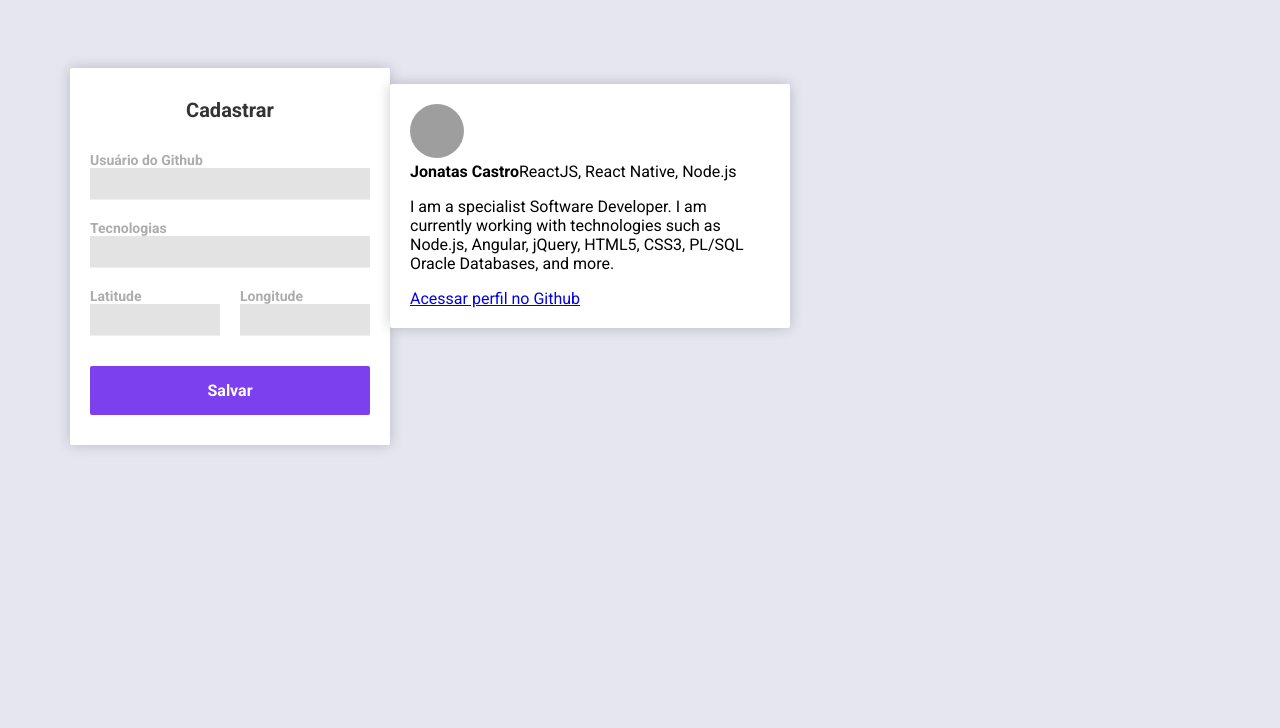
Repository: Jonatas-Castro/react_frontend
Page: /
These files come from the project's save history. The page is drawn as it stood at one moment and after the next save; the edit follows.
The browser window is 1280 px wide. The pictures show the whole page.
Pictures or frames that could not be fetched are drawn as grey boxes. The project was rebuilt for these pictures with package versions that can differ from the ones it lists, and the page was loaded fresh each time.

Above is the page before, as saved 2020-01-16 15:55:54.

After the next save:
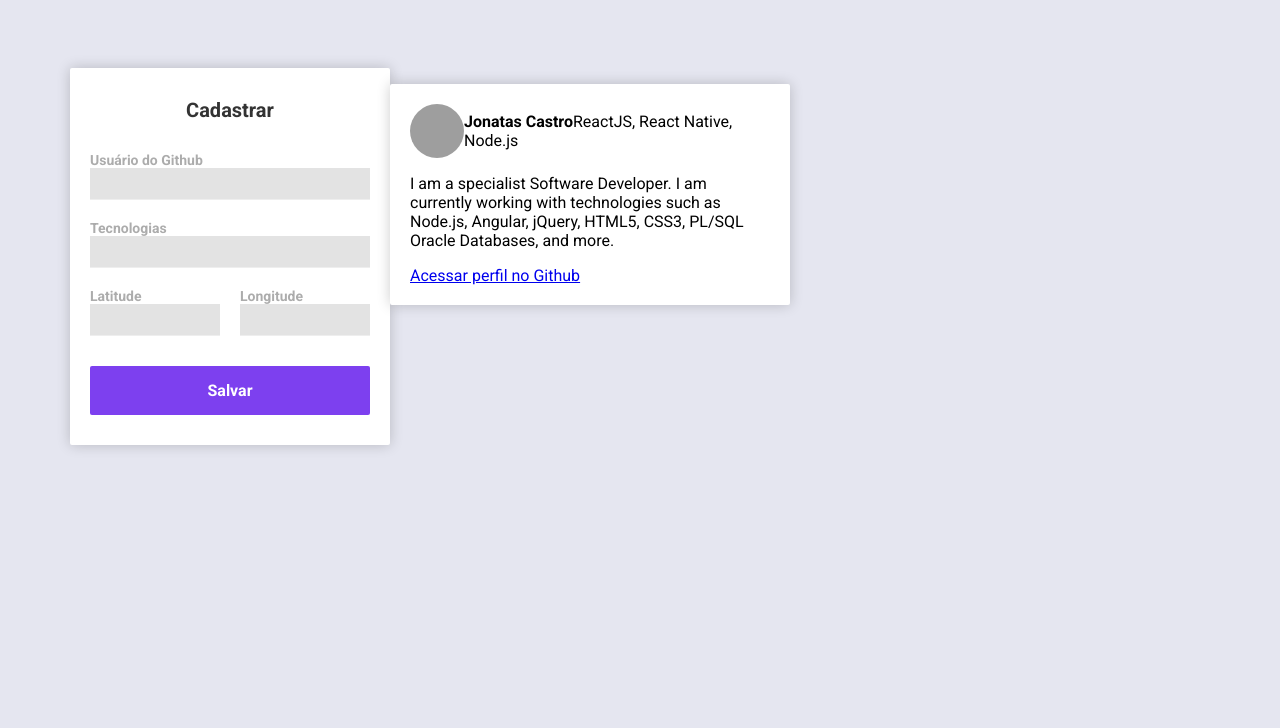
Saved 56 s later.
--- a/src/Main.css
+++ b/src/Main.css
@@ -15,6 +15,12 @@ li.dev-item{
     border-radius: 2px;
     padding: 20px;
 }
+li.dev-item header{
+    display: flex;
+    flex-direction: row;
+    align-items: center;
+
+}
 
 li.dev-item img{
     width: 54px;
